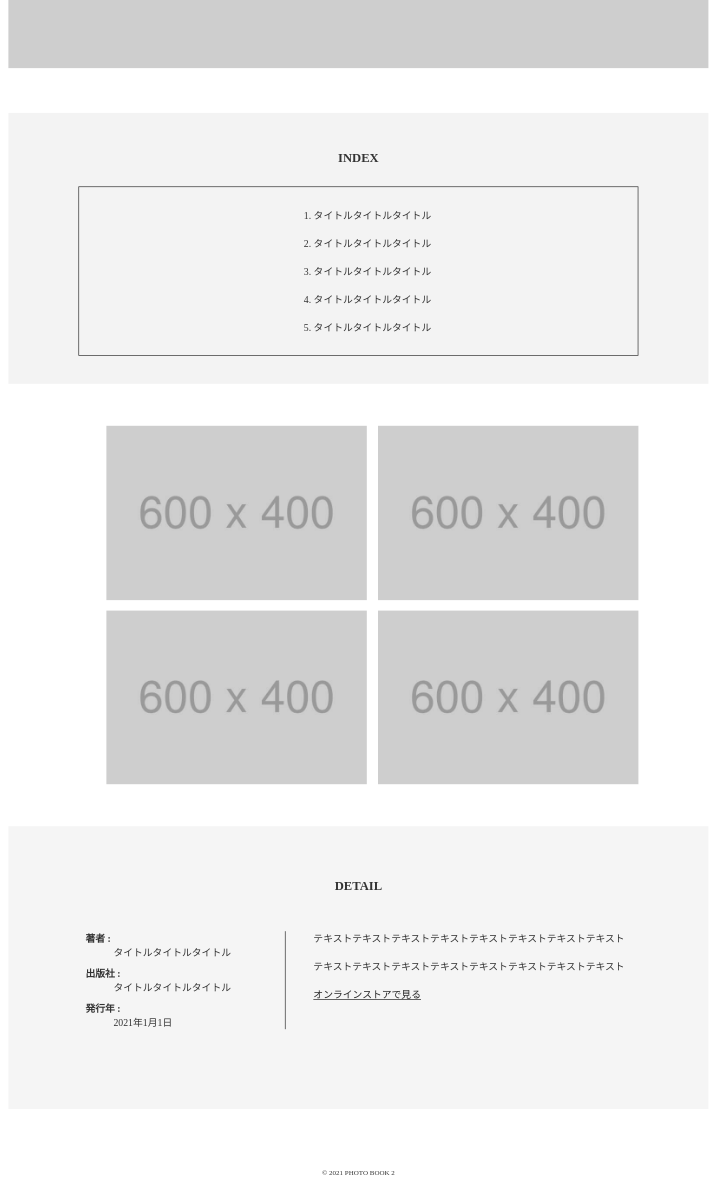
Repository: Fuki-san/photo-book-2
Page: http://localhost/photobook
An editor plug-in stored every save of this project. The page is shown before and after a run of saves, followed by the edit.
The browser window is 1024 px wide. The pictures show the part of the page from y = 395 to 2635 px (the page is 2109 px tall before and 2635 px after), at 70% of full size.
The page is served by the project's Laravel application, run on PHP 8.4 with Laravel 10.

Above is the page before, as saved 2023-12-01 15:09:40.

After the next 2 saves:
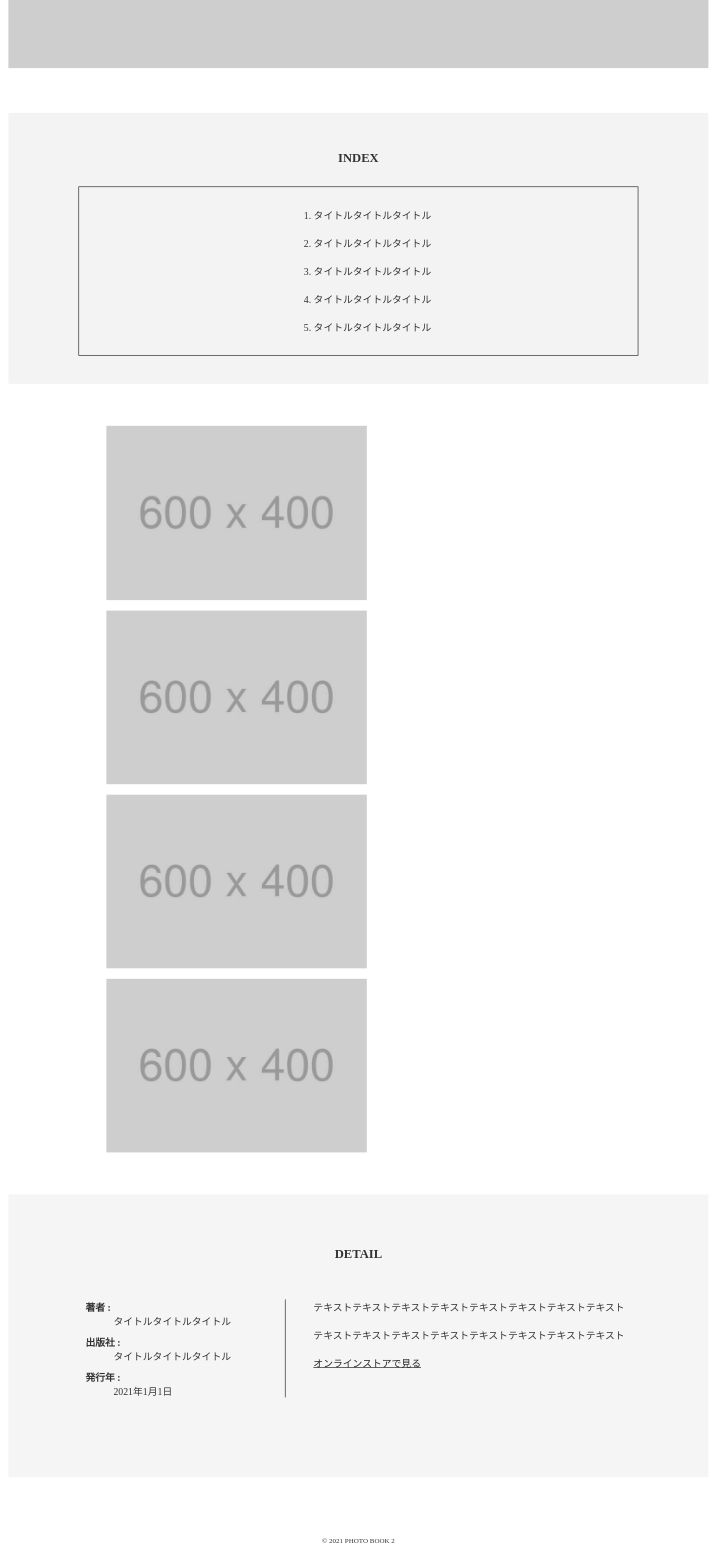
The 2 saves are shown as one change because they came seconds apart.
The last was saved 12 s later.
--- a/public/css/style.css
+++ b/public/css/style.css
@@ -168,5 +168,7 @@
     #index{
         padding: 40px 20px;
     }
-
+    .list{
+        flex-direction: column;
+    }
 }
